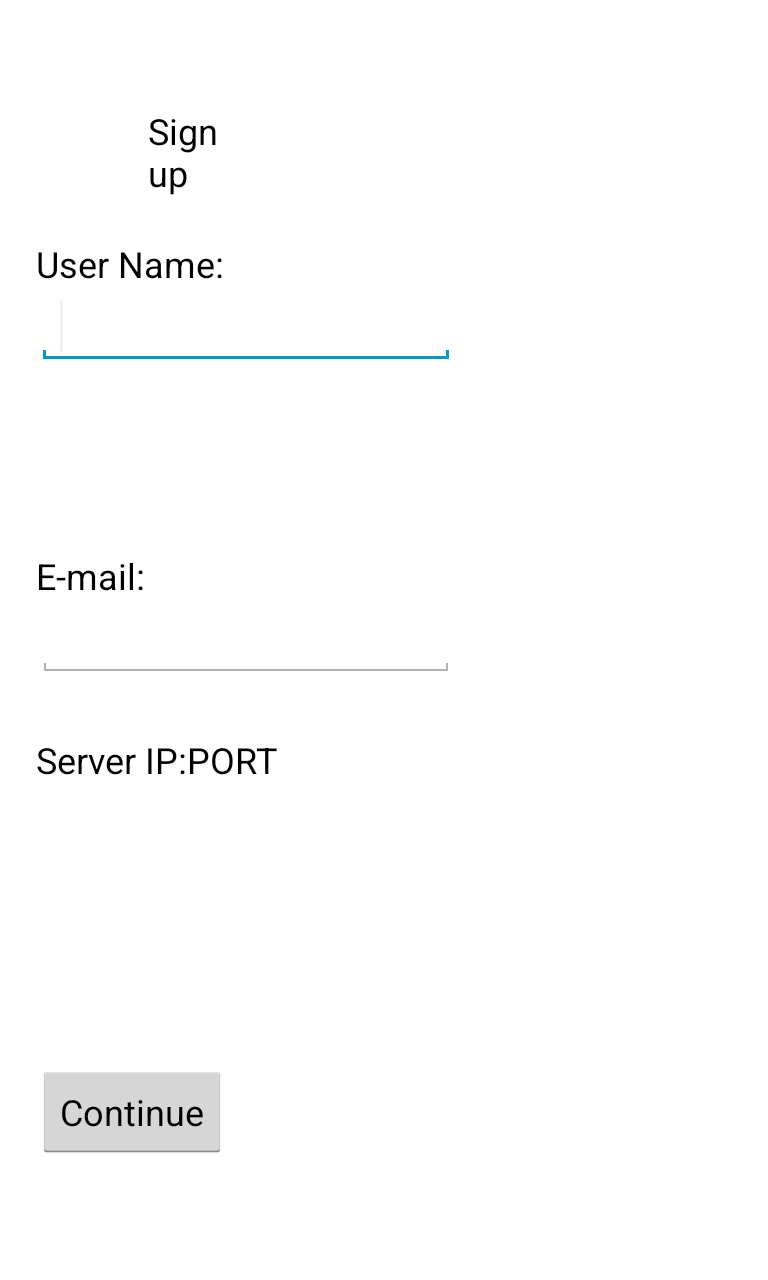
Repository: Teketel/hujeManiita
Layout: workspace/android/Besso/res/layout/activity_main.xml
These files come from the project's save history. The layout is drawn as it stood at one moment and after the next save; the edit follows.
It is drawn on a 768 x 1280 px phone screen (xhdpi) without system bars, with theme AppTheme; the app's code is not run.

Above is the layout before, as saved 2013-02-18 19:28:42.

After the next save:
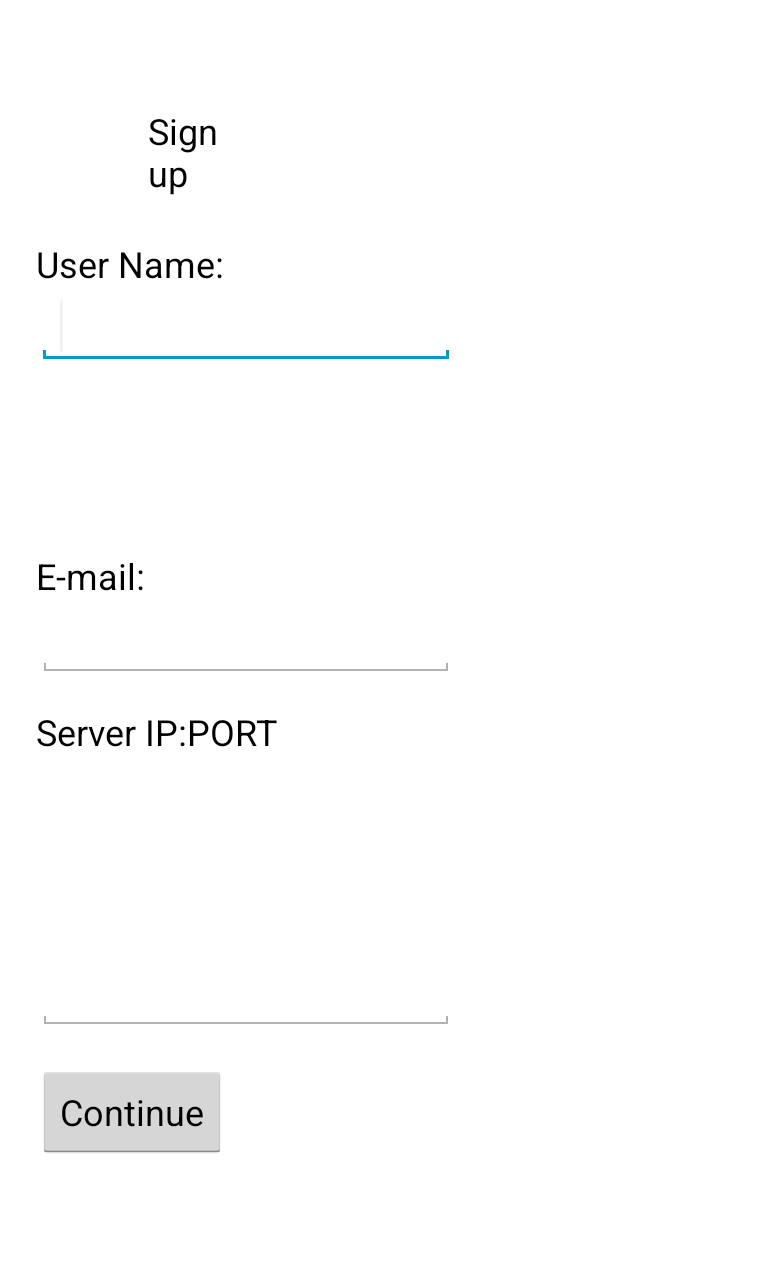
Saved 2 min 24 s later.
--- a/workspace/android/Besso/res/layout/activity_main.xml
+++ b/workspace/android/Besso/res/layout/activity_main.xml
@@ -76,8 +76,17 @@
         android:layout_height="wrap_content"
         android:layout_alignLeft="@+id/email"
         android:layout_below="@+id/email"
-        android:layout_marginTop="28dp"
+        android:layout_marginTop="14dp"
         android:text="Server IP:PORT"
         android:textAppearance="?android:attr/textAppearanceMedium" />
 
+    <EditText
+        android:id="@+id/ipEditText"
+        android:layout_width="wrap_content"
+        android:layout_height="wrap_content"
+        android:layout_above="@+id/button1"
+        android:layout_alignLeft="@+id/button1"
+        android:layout_marginBottom="16dp"
+        android:ems="10" />
+
 </RelativeLayout>
